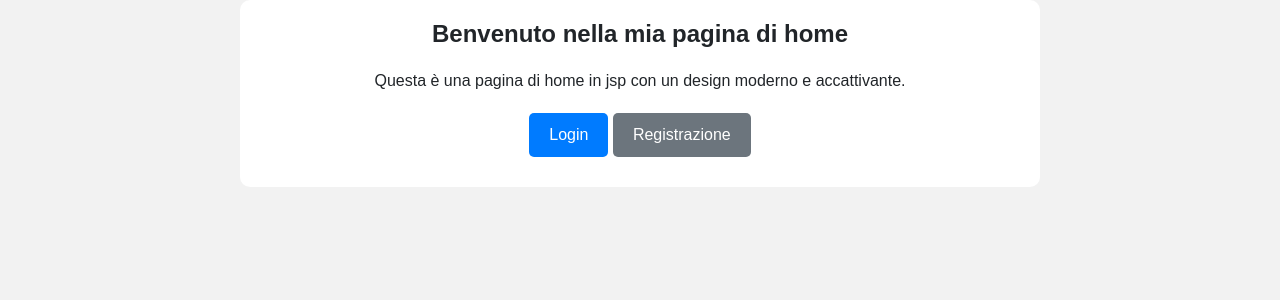
Repository: GabrielCellammare/WebApplication-SA-CyberSecurity
Page: http://localhost/WebProject-CellammareGabriel_ApplicationSecurity_/userNotLogged/index.jsp
These files come from the project's save history. The page is drawn as it stood at one moment and after the next save; the edit follows.
The browser window is 1280 px wide. The pictures show the whole page.
The page is served by Tomcat 9. Nobody is signed in. The application's start-up code is not run. Other server files are loaded and not shown.

Above is the page before, as saved 2024-01-14 16:45:16.

### WebProject-CellammareGabriel(ApplicationSecurity)/WebContent/userNotLogged/index.jsp
<%@ page language="java" contentType="text/html; charset=UTF-8" pageEncoding="UTF-8"%>
<!DOCTYPE html>
<html>
<head>
    <meta charset="UTF-8">
    <title>La mia pagina di home</title>
    <!-- Bootstrap CDN -->
    <link rel="stylesheet" href="https://stackpath.bootstrapcdn.com/bootstrap/4.5.2/css/bootstrap.min.css">
    <!-- Il mio file css -->
    <style><%@include file="/WEB-INF/css/style.css"%></style>
</head>
<body>
    <div class="container">
        <h1>Benvenuto nella mia pagina di home</h1>
        <p>Questa è una pagina di home in jsp con un design moderno e accattivante.</p>
        <div class="buttons">
            <a href="login.jsp" class="btn btn-primary">Login</a>
            <a href="register.jsp" class="btn btn-secondary">Registrazione</a>
        </div>
    </div>
</body>
</html>

### WebProject-CellammareGabriel(ApplicationSecurity)/WebContent/WEB-INF/css/style.css
body {
  font-family: sans-serif;
  background-color: #f2f2f2;
}

.container {
  margin: 0 auto;
  max-width: 800px;
  padding: 20px;
  background-color: #fff;
  border-radius: 10px;
}

h1 {
  text-align: center;
  font-size: 24px;
  font-weight: bold;
  margin-bottom: 20px;
}

p {
  text-align: center;
  font-size: 16px;
  margin-bottom: 20px;
}

.buttons {
  text-align: center;
}

.btn {
  display: inline-block;
  padding: 10px 20px;
  margin-bottom: 10px;
  background-color: #007bff;
  color: #fff;
  border: none;
  border-radius: 5px;
  cursor: pointer;
}

.btn-primary {
  background-color: #007bff;
}

.btn-secondary {
  background-color: #6c757d;
}

After the next save:
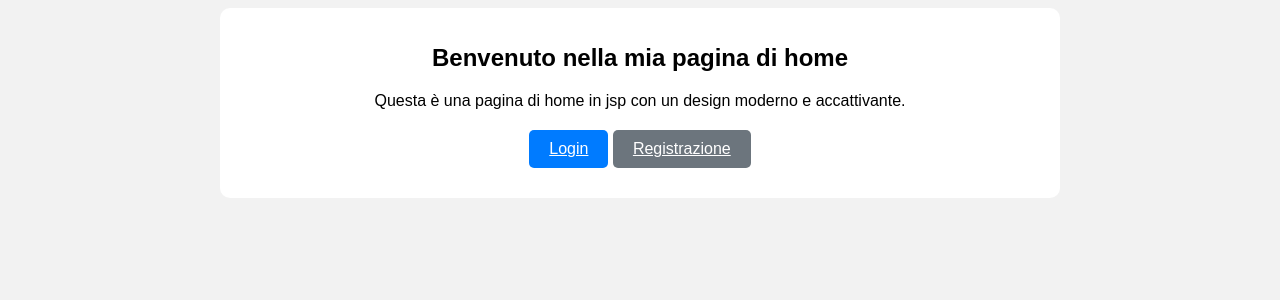
Saved 34 min 10 s later.
--- a/WebProject-CellammareGabriel(ApplicationSecurity)/WebContent/userNotLogged/index.jsp
+++ b/WebProject-CellammareGabriel(ApplicationSecurity)/WebContent/userNotLogged/index.jsp
@@ -3,9 +3,7 @@
 <html>
 <head>
     <meta charset="UTF-8">
-    <title>La mia pagina di home</title>
-    <!-- Bootstrap CDN -->
-    <link rel="stylesheet" href="https://stackpath.bootstrapcdn.com/bootstrap/4.5.2/css/bootstrap.min.css">
+    <title>Web Application Gabriel Cellammare</title>
     <!-- Il mio file css -->
     <style><%@include file="/WEB-INF/css/style.css"%></style>
 </head>
